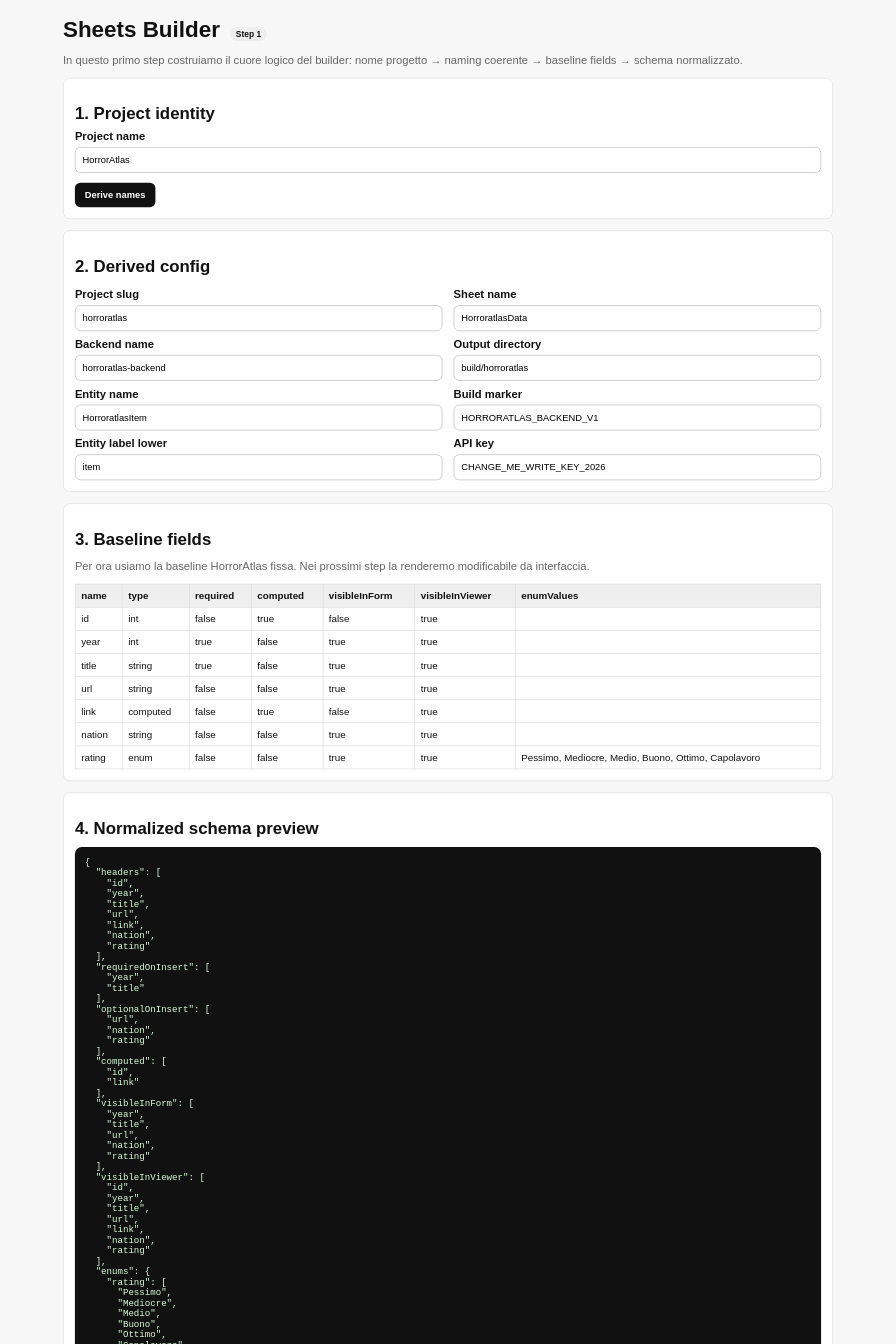
Repository: progettazionemauro/sheets.builder
Page: docs/index.html
The author's editor kept a copy of each file at every save. The page is drawn from the files as they stood at one save, then again after a run of saves.
The browser window is 1280 px wide. The pictures show the part of the page from y = 0 to 1920 px (the page is 3439 px tall before and 3423 px after), at 70% of full size.

Above is the page before, as saved 2026-03-19 21:56:34.

After the next 2 saves:
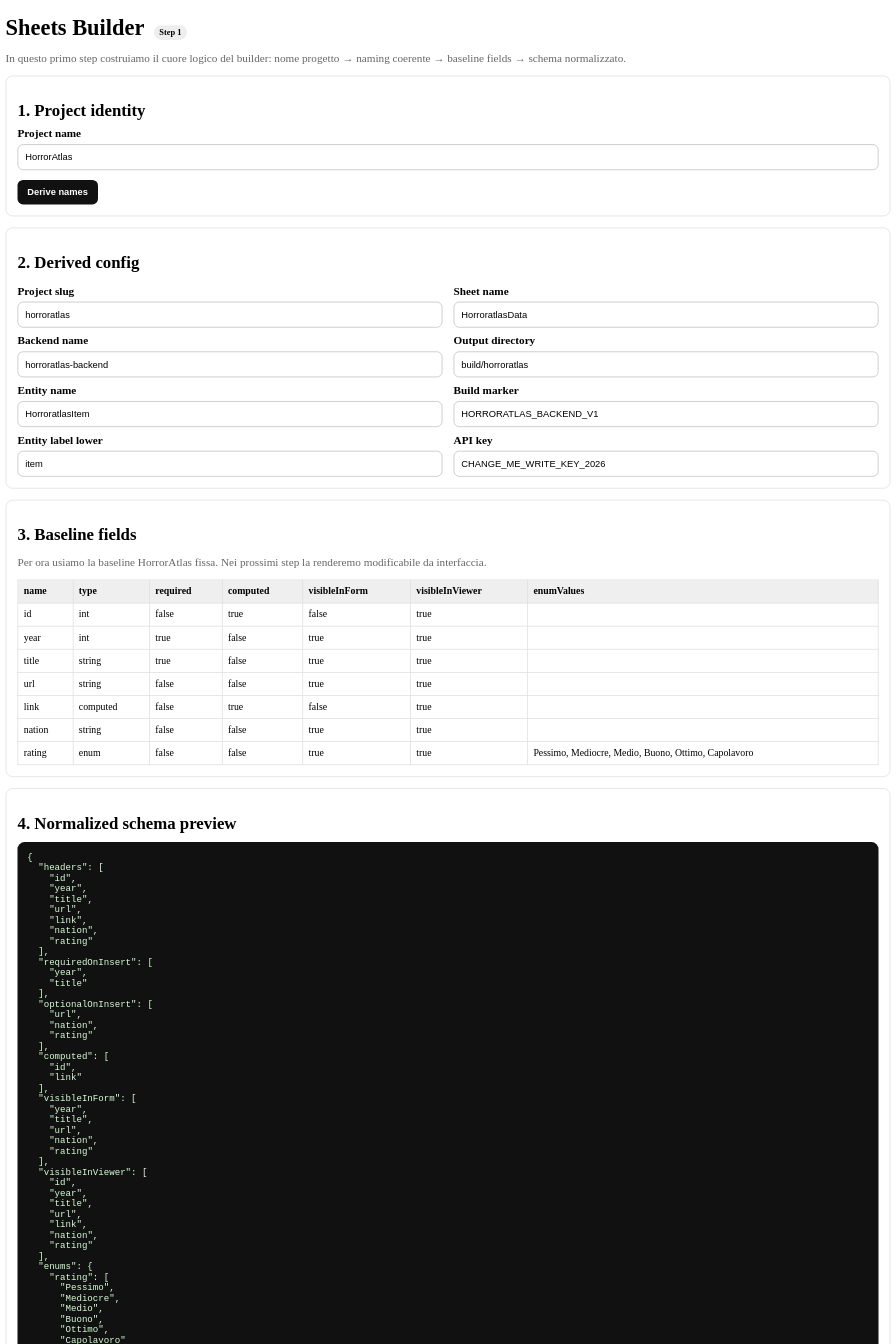
The 2 saves are shown as one change because they came seconds apart.
The last was saved 7 min 3 s later.
--- a/docs/index.html
+++ b/docs/index.html
@@ -5,6 +5,16 @@
   <meta name="viewport" content="width=device-width, initial-scale=1.0" />
   <title>Sheets Builder — Step 1</title>
   <style>
+    <div class="card">
+  <h2>6. Generate project (JSON only)</h2>
+
+  <button id="generateBtn">Generate JSON files</button>
+
+  <p class="muted">
+    Questo step genera i primi artefatti del builder:
+    project.config.json e fields.schema.json
+  </p>
+</div>
     body {
       font-family: Arial, sans-serif;
       max-width: 1100px;
